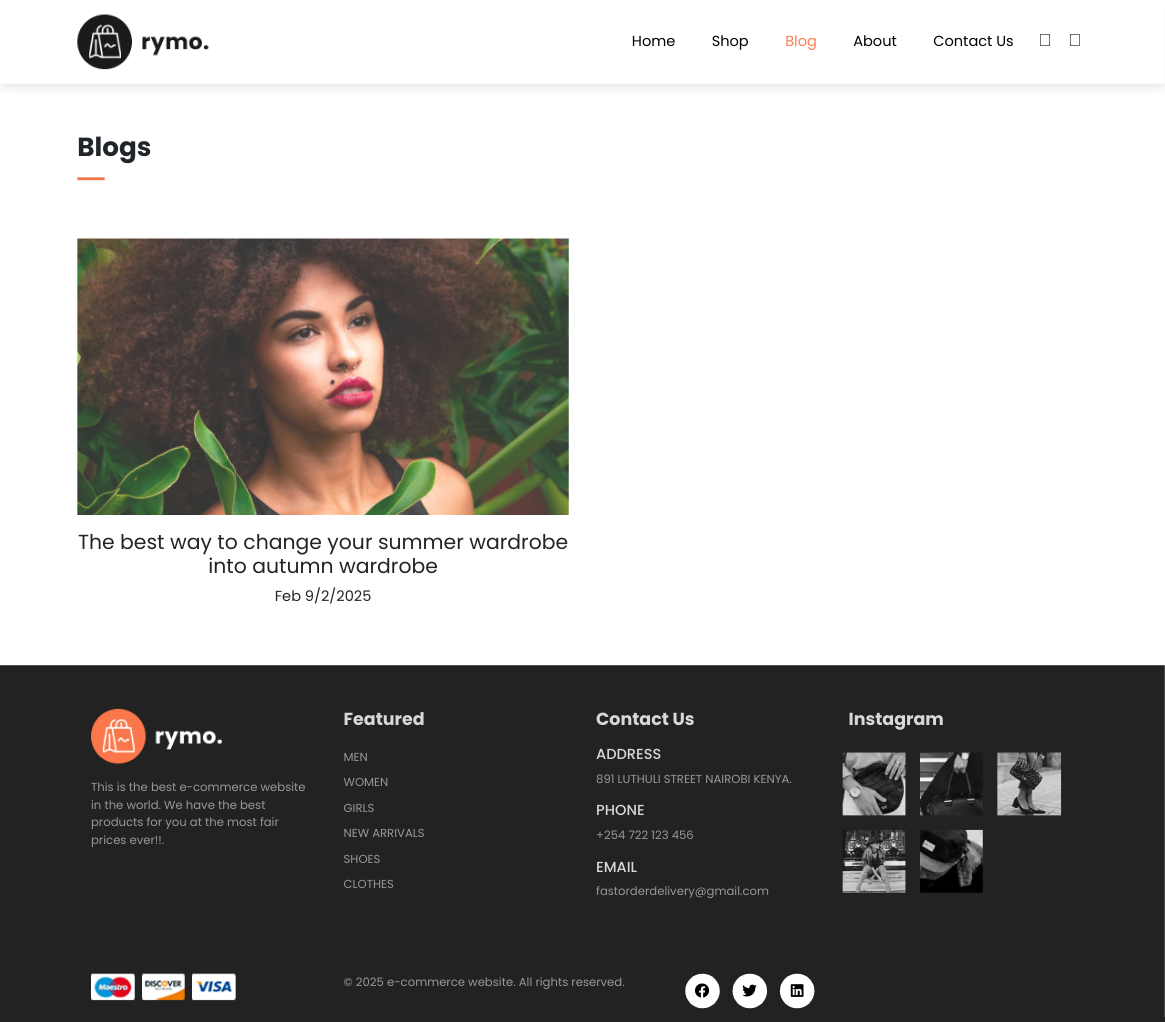
Repository: peter417waweru/e-commerce-UI
Page: blog.html
An editor plug-in stored every save of this project. The page is shown before and after the next save, followed by the edit.
The browser window is 1280 px wide. The pictures show the whole page, at 91% of full size.
The pointer rests on the first visible `#blog-container .post`.
Some web libraries are served in a nearby version.

Above is the page before, as saved 2025-02-09 07:57:45.

After the next save:
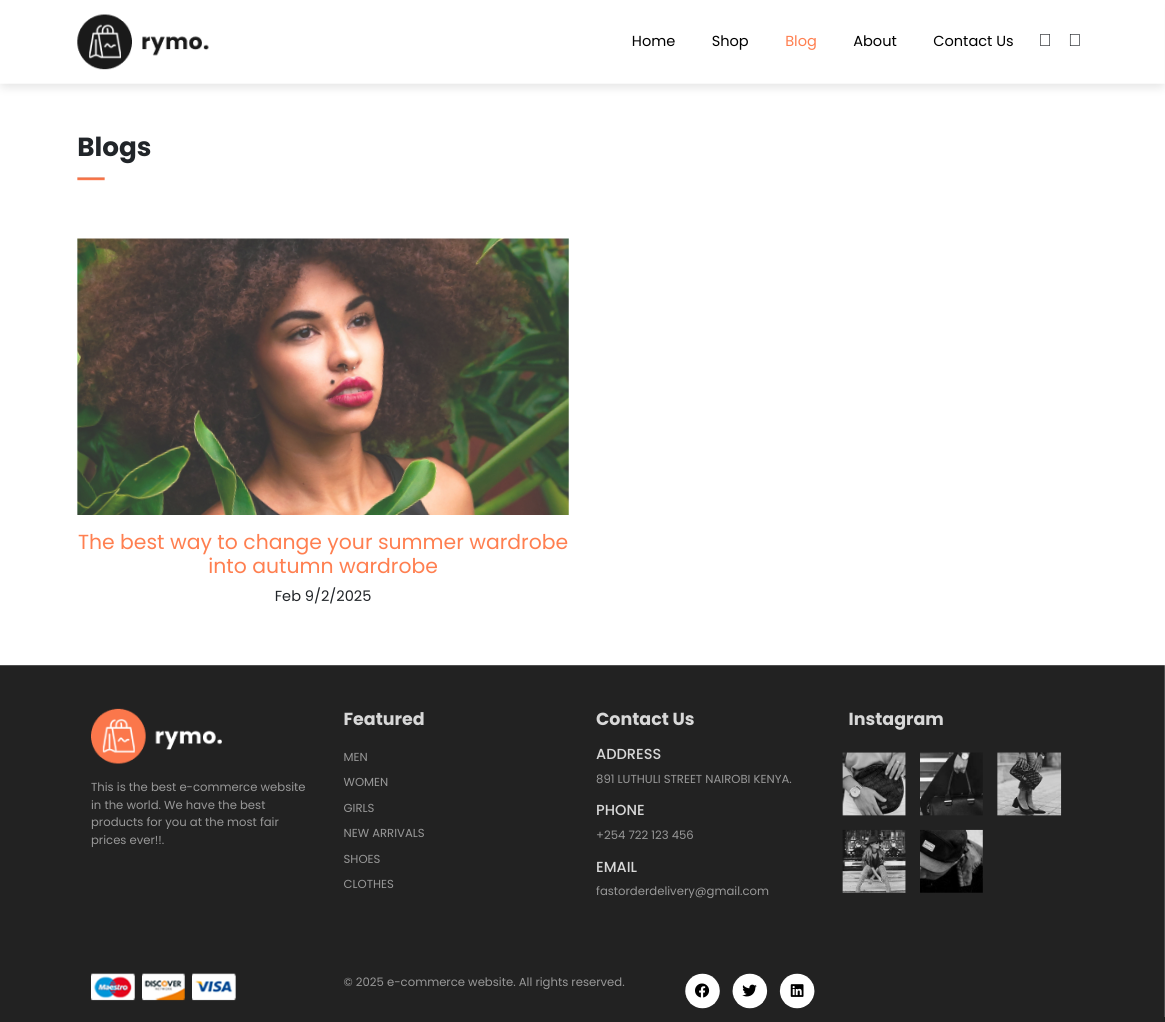
Saved 107 s later.
--- a/blog.css
+++ b/blog.css
@@ -11,3 +11,7 @@
     overflow: hidden;
     cursor: pointer;
 }
+
+#blog-container .post:hover h3{
+    color: coral;
+}
